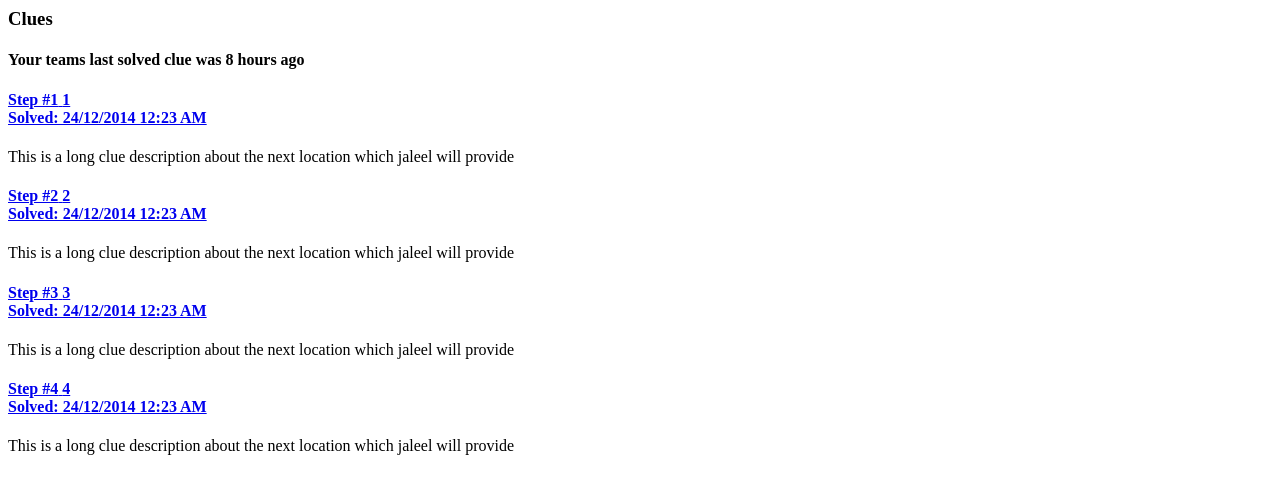
Repository: rahulravindran2709/TreasureHunt
Page: public/partials/clues-content.tmpl.html
The author's editor kept a record of every edit. The page is drawn from the files as they stood at one moment, then again after the next edit.
The browser window is 1280 px wide. The pictures show the whole page.

Above is the page before.

### public/partials/clues-content.tmpl.html
<!--Clues section-->
<div id="clues-content" class="col-xs-12 col-sm-12 col-md-12 col-lg-12">
    <div class="panel panel-warning">
        <div class="panel-heading orange-bg">
            <h3 class="panel-title">Clues</h3> </div>
        <div class="panel-body">
            <div class="row">
                <div class="col-xs-12 col-sm-12 col-md-12 col-lg-12 clues-progress">
                    <h4>Your teams last solved clue was <span class="last-clue-solved-ts">8 hours</span> ago</h4> </div>
            </div>
            <div class="row">
                <div class="col-lg-12 panel-group" id="accordion" role="tablist" aria-multiselectable="true">
                    <div class="panel panel-success">
                        <a data-toggle="collapse" data-parent="#accordion" href="#collapseOne" aria-expanded="true" aria-controls="collapseOne"><div class="panel-heading" role="tab" id="headingOne">
                            <h4 class="panel-title">
                            <div class="row">
                                 <div class="col-xs-1 col-sm-4 col-md-4 col-lg-3">
                                    <span class="hidden-xs">Step #1</span>
                                    <span class="visible-xs-inline">1</span>
                                 </div>
                                 <div class="col-xs-10 col-sm-8 col-md-8 col-lg-offset-4 col-lg-5">
                                   <span class="header-solved-date">Solved: 24/12/2014 12:23 AM</span>
                               </div>
                             </div>
                            </h4>
                             </div>
                         </a>
                        <div id="collapseOne" class="panel-collapse collapse" role="tabpanel" aria-labelledby="headingOne">
                            <div class="panel-body"> This is a long clue description about the next location which jaleel will provide </div>
                        </div>
                    </div>
                    <div class="panel panel-success">
                        <a class="collapsed" data-toggle="collapse" data-parent="#accordion" href="#collapseTwo" aria-expanded="false" aria-controls="collapseTwo">
                            <div class="panel-heading" role="tab" id="headingTwo">
                            <h4 class="panel-title">
                                <div class="row">
                                 <div class="col-xs-1 col-sm-4 col-md-4 col-lg-3">
                                    <span class="hidden-xs">Step #2</span>
                                    <span class="visible-xs-inline">2</span>
                                 </div>
                                 <div class="col-xs-10 col-sm-8 col-md-8 col-lg-offset-4 col-lg-5">
                                   <span class="header-solved-date">Solved: 24/12/2014 12:23 AM</span>
                               </div>
                             </div>
                            </h4>
                       </div></a>
                        <div id="collapseTwo" class="panel-collapse collapse" role="tabpanel" aria-labelledby="headingTwo">
                            <div class="panel-body"> This is a long clue description about the next location which jaleel will provide </div>
                        </div>
                    </div>
                    <div class="panel panel-success">
                        <div class="panel-heading" role="tab" id="headingThree">
                            <a class="collapsed" data-toggle="collapse" data-parent="#accordion" href="#collapseThree" aria-expanded="false" aria-controls="collapseTwo">
                                <h4 class="panel-title">
                                   <div class="row">
                                 <div class="col-xs-1 col-sm-4 col-md-4 col-lg-3">
                                    <span class="hidden-xs">Step #3</span>
                                    <span class="visible-xs-inline">3</span>
                                 </div>
                                 <div class="col-xs-10 col-sm-8 col-md-8 col-lg-offset-4 col-lg-5">
                                   <span class="header-solved-date">Solved: 24/12/2014 12:23 AM</span>
                               </div>
                             </div>
                                </h4>
                            </a>
                        </div>

                        <div id="collapseThree" class="panel-collapse collapse" role="tabpanel" aria-labelledby="headingThree">
                            <div class="panel-body"> This is a long clue description about the next location which jaleel will provide </div>
                        </div>
                    </div>
                    <div class="panel panel-success">
                        <div class="panel-heading" role="tab" id="headingFour">
                            <a class="collapsed" data-toggle="collapse" data-parent="#accordion" href="#collapseFour" aria-expanded="false" aria-controls="collapseTwo">
                                <h4 class="panel-title">
                                    <div class="row">
                                 <div class="col-xs-1 col-sm-4 col-md-4 col-lg-3">
                                    <span class="hidden-xs">Step #4</span>
                                    <span class="visible-xs-inline">4</span>
                                 </div>
                                 <div class="col-xs-10 col-sm-8 col-md-8 col-lg-offset-4 col-lg-5">
                                   <span class="header-solved-date">Solved: 24/12/2014 12:23 AM</span>
                               </div>
                             </div>
                                </h4>
                            </a>
                        </div>
                        <div id="collapseFour" class="panel-collapse collapse" role="tabpanel" aria-labelledby="headingFour">
                            <div class="panel-body"> This is a long clue description about the next location which jaleel will provide </div>
                        </div>
                    </div>
                </div>
            </div>
        </div>
    </div>
</div>
<!--Clues section end-->

After the next edit:
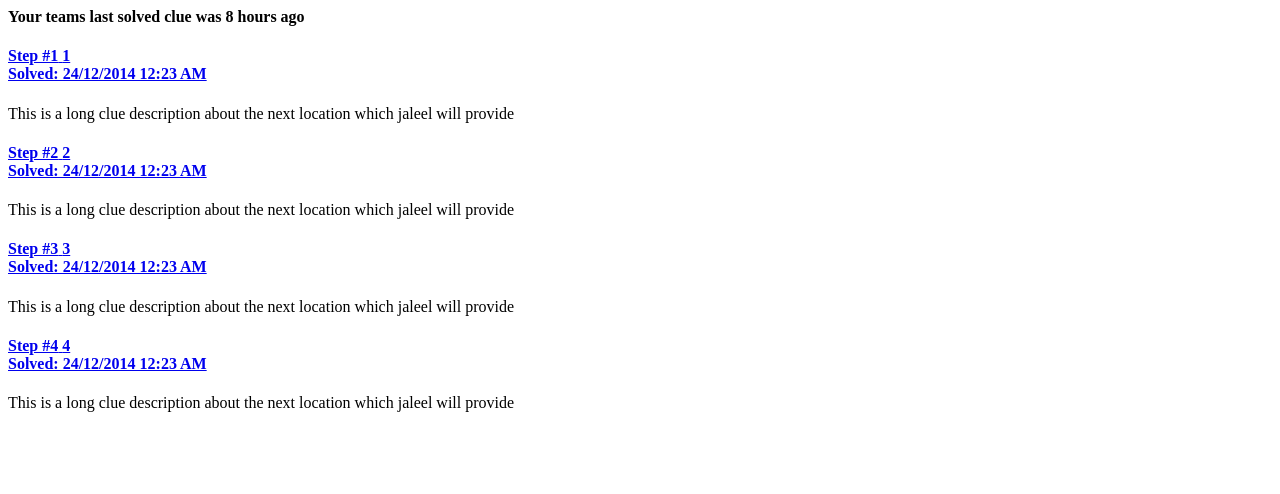
The edit:
--- a/public/partials/clues-content.tmpl.html
+++ b/public/partials/clues-content.tmpl.html
@@ -1,8 +1,6 @@
 <!--Clues section-->
 <div id="clues-content" class="col-xs-12 col-sm-12 col-md-12 col-lg-12">
     <div class="panel panel-warning">
-        <div class="panel-heading orange-bg">
-            <h3 class="panel-title">Clues</h3> </div>
         <div class="panel-body">
             <div class="row">
                 <div class="col-xs-12 col-sm-12 col-md-12 col-lg-12 clues-progress">
